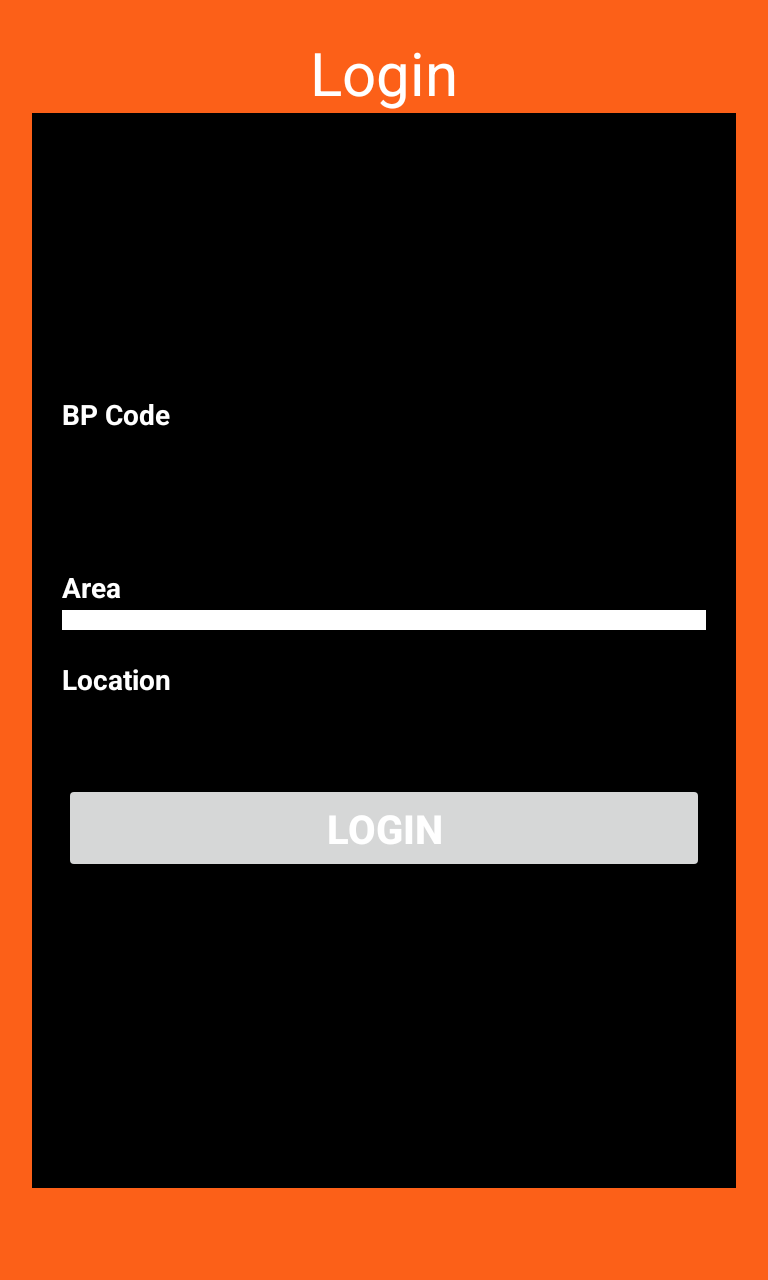
Repository: MushfiqurRahman/BLink3gApp
Layout: 3gExperience/res/layout/fragment_login.xml
An editor plug-in stored every save of this project. The layout is shown before and after the next save, followed by the edit.
It is drawn on a 768 x 1280 px phone screen (xhdpi) without system bars, with theme AppTheme; the app's code is not run.

Above is the layout before, as saved 2014-05-20 17:46:57.

### 3gExperience/res/layout/fragment_login.xml
<RelativeLayout xmlns:android="http://schemas.android.com/apk/res/android"
    xmlns:tools="http://schemas.android.com/tools"
    android:layout_width="match_parent"
    android:layout_height="match_parent"
    android:paddingBottom="@dimen/activity_vertical_margin"
    android:paddingLeft="@dimen/activity_horizontal_margin"
    android:paddingRight="@dimen/activity_horizontal_margin"
    android:paddingTop="@dimen/activity_vertical_margin"
    android:background="#FC6018"
    tools:context="com.example.gexperience.LoginActivity$PlaceholderFragment" >

    <RelativeLayout
        android:id="@+id/topMain"
        android:layout_width="fill_parent"
        android:layout_height="wrap_content" >

        <TextView
            android:layout_width="wrap_content"
            android:layout_height="wrap_content"
            android:layout_centerInParent="true"
            android:layout_marginLeft="5dip"
            android:text="Login"
            android:textColor="#ffffff"
            android:textSize="30sp" />
    </RelativeLayout>

    <LinearLayout
        android:id="@+id/LinearBottom"
        android:layout_width="fill_parent"
        android:layout_height="30dp"
        android:layout_alignParentBottom="true"
        android:gravity="bottom"
        android:orientation="vertical" >
    </LinearLayout>

    <LinearLayout
        android:id="@+id/layout_login_form"
        android:layout_width="match_parent"
        android:layout_height="match_parent"
        android:layout_above="@id/LinearBottom"
        android:layout_below="@id/topMain"
        android:background="#000000"
        android:gravity="center"
        android:orientation="vertical"
        android:paddingLeft="15dp"
        android:paddingRight="15dp" >

        <LinearLayout
            android:layout_width="fill_parent"
            android:layout_height="wrap_content"
            android:layout_gravity="left" >

            <TextView
                android:id="@+id/textView3"
                android:layout_width="wrap_content"
                android:layout_height="wrap_content"
                android:layout_marginBottom="2dp"
                android:text="@string/bp_code"
                android:textColor="#FFFFFF"
                android:textStyle="bold" />
        </LinearLayout>

        <EditText
            android:id="@+id/etPassword"
            android:layout_width="match_parent"
            android:layout_height="wrap_content"
            android:layout_marginBottom="15dp"
            android:ems="10"
            android:inputType="textPassword"
            android:textColor="#FFFFFF"
            android:textSize="25sp" />

        <LinearLayout
            android:layout_width="fill_parent"
            android:layout_height="wrap_content"
            android:layout_gravity="left" >

            <TextView
                android:id="@+id/textView1"
                android:layout_width="wrap_content"
                android:layout_height="wrap_content"
                android:layout_marginBottom="2dp"
                android:text="@string/area"
                android:textColor="#FFFFFF"
                android:textStyle="bold" />
        </LinearLayout>

        <Spinner
            android:id="@+id/spnEngineer"
            android:layout_width="match_parent"
            android:layout_height="wrap_content"
            android:layout_marginBottom="15dp"
            android:drawSelectorOnTop="true"
            android:padding="5dp"
            android:spinnerMode="dropdown"
            android:background="#FFFFFF"
            android:textSize="30sp" />

        <LinearLayout
            android:layout_width="fill_parent"
            android:layout_height="wrap_content"
            android:layout_gravity="left" >

            <TextView
                android:id="@+id/textView2"
                android:layout_width="wrap_content"
                android:layout_height="wrap_content"
                android:layout_marginBottom="2dp"
                android:text="@string/location"
                android:textColor="#FFFFFF"
                android:textStyle="bold" />
        </LinearLayout>

        <Spinner
            android:id="@+id/spnCompany"
            android:layout_width="match_parent"
            android:layout_height="wrap_content"
            android:layout_marginBottom="15dp"
            android:padding="5dp"
            android:spinnerMode="dropdown"
            android:textSize="30sp" />

        <Button
            android:id="@+id/btnLogin"
            android:layout_width="match_parent"
            android:layout_height="wrap_content"
            android:layout_marginBottom="15dp"
            android:text="@string/login"
            android:textSize="20sp"
            android:textColor="#FFFFFF"
            android:textStyle="bold" />
    </LinearLayout>

</RelativeLayout>

### 3gExperience/res/values/strings.xml
<?xml version="1.0" encoding="utf-8"?>
<resources>

    <string name="app_name">3gExperience</string>
    <string name="hello_world">Hello world!</string>
    <string name="action_settings">Settings</string>
    <string name="title_activity_login">LoginActivity</string>
    <string name="title_activity_survey">SurveyActivity</string>
    <string name="bp_code">BP Code</string>
    <string name="area">Area</string>
    <string name="location">Location</string>
    <string name="login">Login</string>

</resources>

Loaded but not shown: 3gExperience/res/values/styles.xml (common file); 3gExperience/res/values-v11/styles.xml (common file); 3gExperience/res/values-v14/styles.xml (common file); 3gExperience/res/values/dimens.xml (common file); 3gExperience/res/values-w820dp/dimens.xml (common file)

After the next save:
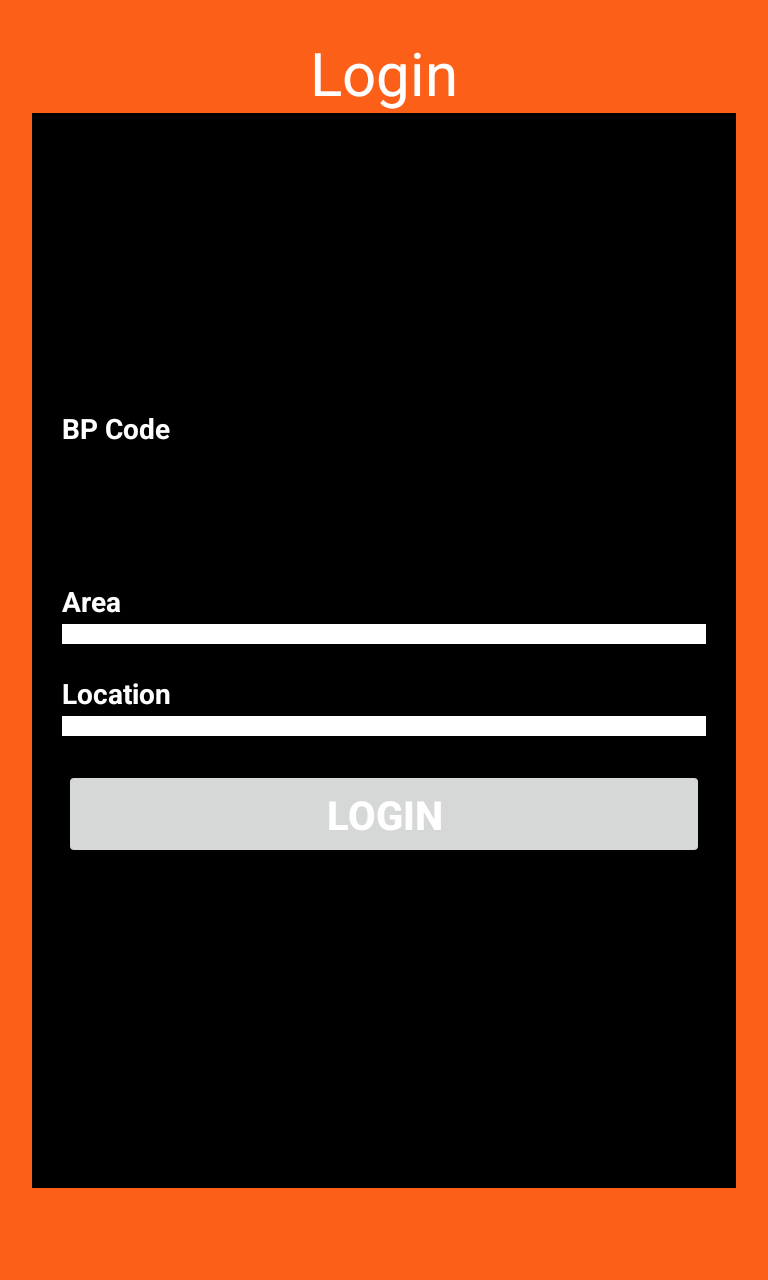
Saved 8 s later.
--- a/3gExperience/res/layout/fragment_login.xml
+++ b/3gExperience/res/layout/fragment_login.xml
@@ -118,6 +118,7 @@
             android:layout_marginBottom="15dp"
             android:padding="5dp"
             android:spinnerMode="dropdown"
+            android:background="#FFFFFF"
             android:textSize="30sp" />
 
         <Button
